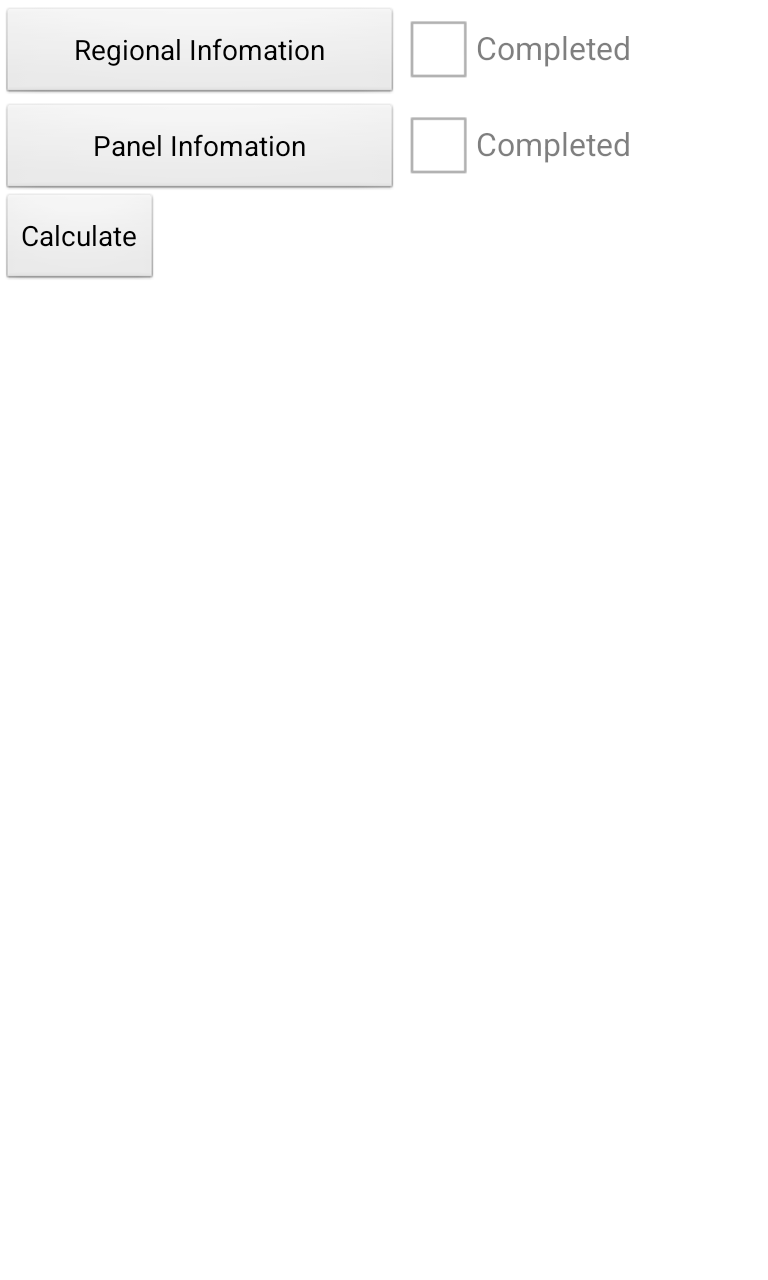
Repository: INBASD/Solar-Power-Project
Layout: Solar power calculator android/res/layout/menu.xml
An editor plug-in stored every save of this project. The layout is shown before and after the next save, followed by the edit.
It is drawn on a 768 x 1280 px phone screen (xhdpi) without system bars, with theme AppTheme; the app's code is not run.

Above is the layout before, as saved 2012-09-08 04:42:06.

### Solar power calculator android/res/layout/menu.xml
<?xml version="1.0" encoding="utf-8"?>
<LinearLayout xmlns:android="http://schemas.android.com/apk/res/android"
    android:layout_width="match_parent"
    android:layout_height="match_parent"
    android:orientation="vertical" >

    <LinearLayout
        android:layout_width="match_parent"
        android:layout_height="wrap_content" >

        <Button
            android:id="@+id/button1"
            android:layout_width="200dp"
            android:layout_height="wrap_content"
            android:text="@string/areaInfo" />

        <CheckBox
            android:id="@+id/regionDone"
            android:layout_width="wrap_content"
            android:layout_height="wrap_content"
            android:text="@string/completed"
            android:enabled="false" />

    </LinearLayout>

    <LinearLayout
        android:layout_width="match_parent"
        android:layout_height="wrap_content">

        <Button
            android:id="@+id/button2"
            android:layout_width="200dp"
            android:layout_height="wrap_content"
            android:text="@string/pnlInfo" />

        <CheckBox
            android:id="@+id/pnlDone"
            android:layout_width="wrap_content"
            android:layout_height="wrap_content"
            android:text="@string/completed"
            android:enabled="false" />

    </LinearLayout>

     <LinearLayout
        android:layout_width="match_parent"
        android:layout_height="wrap_content">

        <Button
            android:id="@+id/calc"
            android:layout_width="wrap_content"
            android:layout_height="wrap_content"
            android:text="Calculate" />

    </LinearLayout>

</LinearLayout>

### Solar power calculator android/res/values/strings.xml
<resources>

    <string name="app_name">Solar Power calculator</string>
    <string name="hello_world">Hello world!</string>
    <string name="menu_settings">Settings</string>
    <string name="title_activity_main">Solar Calculator</string>
    <string name="enterLat">Enter Your Latitude</string>
    <string name="terrif">Enter Terrif</string>
    <string name="bcalc">Calculate!</string>
    <string name="title_activity_displayresults">DisplayResults</string>
    <string name="cloudcvr">Averate Cloud Cover Percentage</string>
    <string name="done">Done</string>
    <string name="areaInfo">Regional Infomation</string>
    <string name="pnlInfo">Panel Infomation</string>
    <string name="completed">Completed</string>

</resources>

Loaded but not shown: Solar power calculator android/res/values/styles.xml (common file)

After the next save:
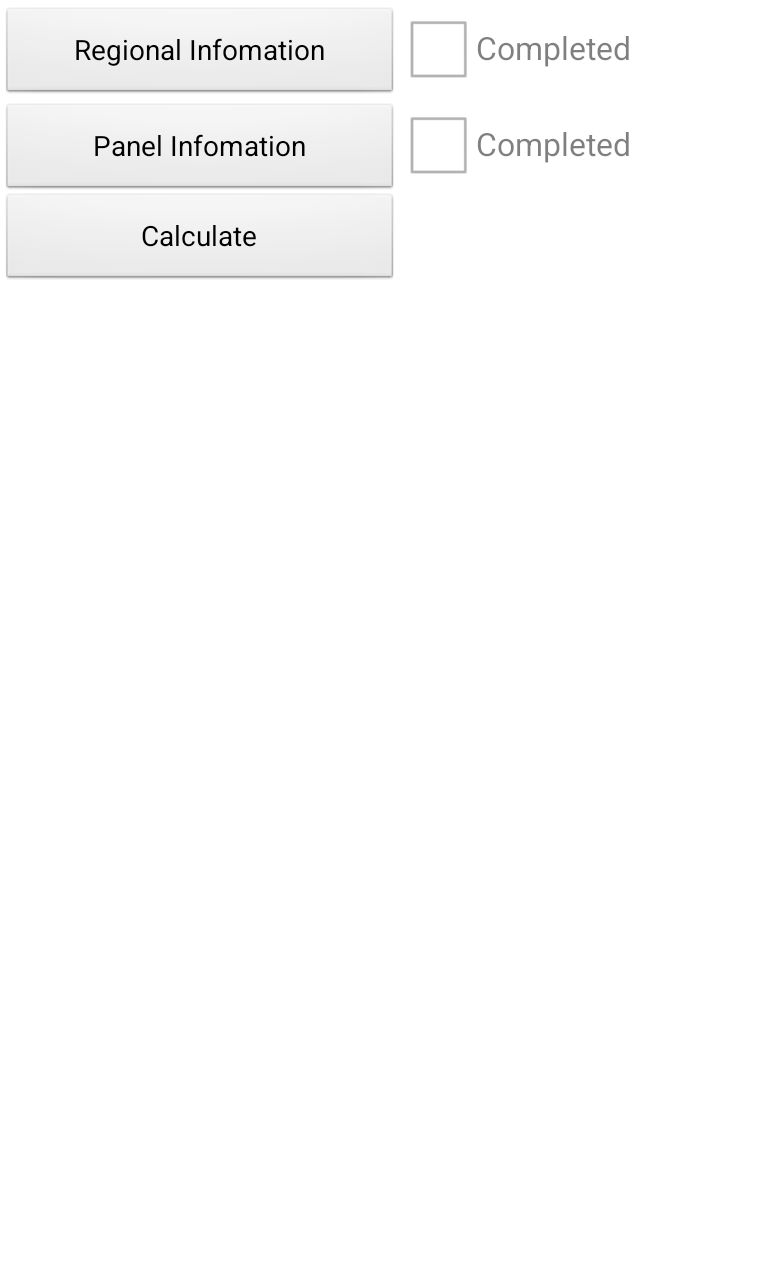
Saved 101 s later.
--- a/Solar power calculator android/res/layout/menu.xml
+++ b/Solar power calculator android/res/layout/menu.xml
@@ -46,12 +46,12 @@
         android:layout_width="match_parent"
         android:layout_height="wrap_content">
 
-        <Button
-            android:id="@+id/calc"
-            android:layout_width="wrap_content"
-            android:layout_height="wrap_content"
-            android:text="Calculate" />
-
     </LinearLayout>
 
+     <Button
+         android:id="@+id/calc"
+         android:layout_width="200dp"
+         android:layout_height="wrap_content"
+         android:text="Calculate" />
+
 </LinearLayout>
